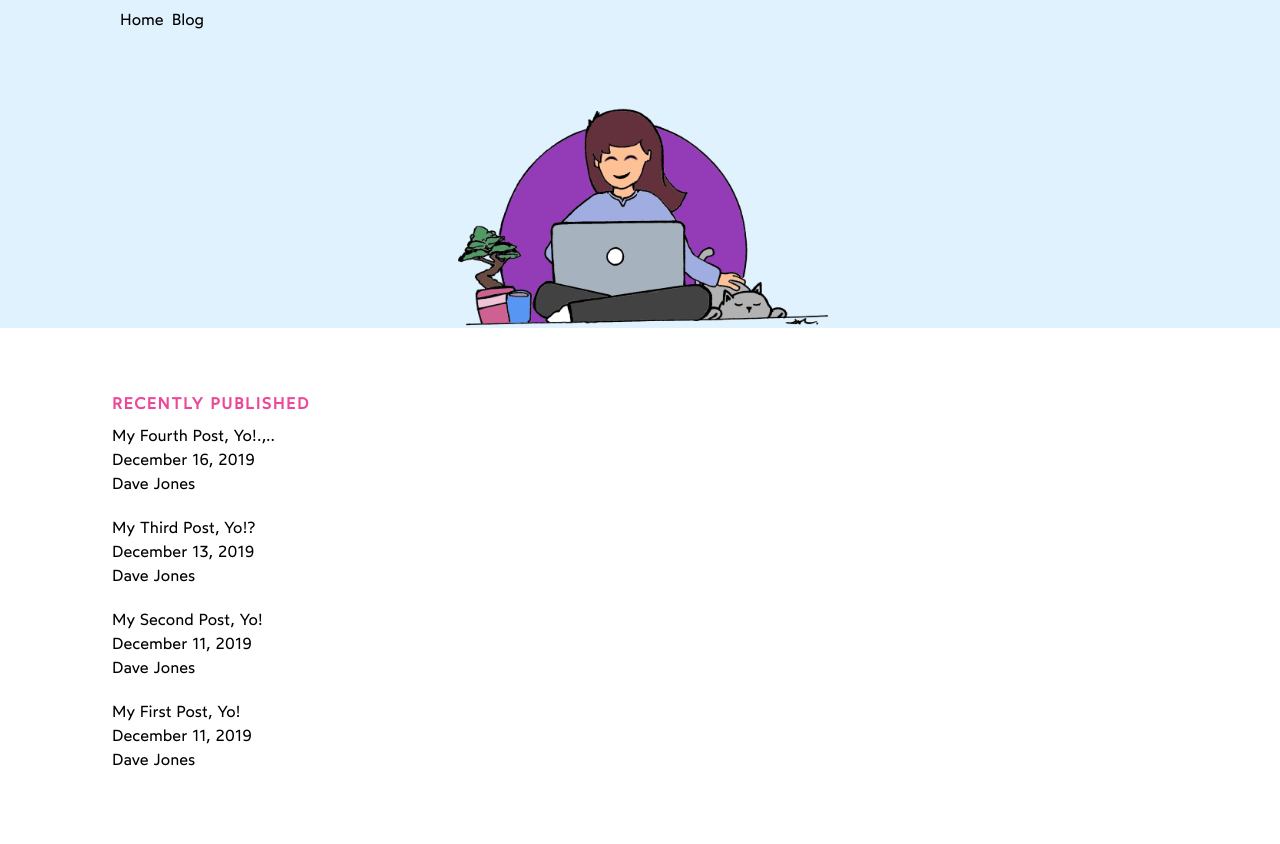
Repository: Risclover/markdown-blog
Page: /
The author's editor kept a copy of each file at every save. The page is drawn from the files as they stood at one save, then again after the next save.
The browser window is 1280 px wide. The pictures show the whole page.
The project was rebuilt for these pictures with package versions that can differ from the ones it lists, and the page was loaded fresh each time.

Above is the page before, as saved 2023-06-28 14:11:25.

### src/index.js
import React from "react";
import ReactDOM from "react-dom/client";
import { BrowserRouter as Router } from "react-router-dom";
import "./fonts/wotfard-cufonfonts-webfont/style.css";

import "./index.css";
import App from "./App";

const root = ReactDOM.createRoot(document.getElementById("root"));
root.render(
  <Router>
    <App />
  </Router>
);

### src/fonts/wotfard-cufonfonts-webfont/style.css
/* #### Generated By: http://www.cufonfonts.com #### */

    @font-face {
    font-family: 'Wotfard Regular';
    font-style: normal;
    font-weight: normal;
    src: local('Wotfard Regular'), url('Wotfard-Regular.woff') format('woff');
    }

### src/index.css
*,
*::before,
*::after {
  box-sizing: border-box;
}
* {
  margin: 0;
}
body {
  line-height: 1.5;
  min-height: 100vh;
  -webkit-font-smoothing: antialiased;
}
img,
picture,
video,
canvas,
svg {
  display: block;
  max-width: 100%;
}
input,
button,
textarea,
select {
  font: inherit;
}
p,
h1,
h2,
h3,
h4,
h5,
h6 {
  overflow-wrap: break-word;
}
#root,
#__next {
  isolation: isolate;
}

### src/App.js
import "./App.css";
import { Route, Routes } from "react-router-dom";
import Home from "./pages/Home";
import NavBar from "./components/NavBar";
import Header from "./components/Header";
import HomeHeader from "./components/HomeHeader";

function App() {
  return (
    <div className="bg-white-100 min-h-screen">
      <Header>
        <NavBar />
        <HomeHeader />
      </Header>
      <div className="m-auto">
        <Routes>
          <Route path="/" element={<Home />} />
        </Routes>
      </div>
    </div>
  );
}

export default App;

### src/pages/Home.js
import React, { useEffect } from "react";
import postList from "../posts.json";
import HomeHeader from "../components/HomeHeader";

export default function Home() {
  console.log(postList);

  postList.sort((a, b) => {
    let aPost = a.timestamp;
    let bPost = b.timestamp;

    return bPost - aPost;
  });

  return (
    <div className="container px-12 py-16 font-sans mx-auto max-w-6xl w-full">
      <h2 className="uppercase text-base font-semibold tracking-widest text-pink-500">
        Recently Published
      </h2>
      <div className="grid grid-cols-1 gap-1 grid-flow-row ">
        {postList.map((post) => (
          <div key={post.id} className="container py-2 bg-white">
            <div className="">{post.title}</div>
            <div>{post.date}</div>
            <div>{post.author}</div>
          </div>
        ))}
      </div>
    </div>
  );
}

### src/components/NavBar.js
import React from "react";

export default function NavBar() {
  return (
    <div className="py-2">
      <ul className="flex">
        <li className="mx-2">Home</li>
        <li>Blog</li>
      </ul>
    </div>
  );
}

### src/components/Header.js
import React from "react";

export default function Header({ children }) {
  return (
    <header className="w-full bg-sky-100 flex flex-col">
      <div className="max-w-6xl px-12 w-full mx-auto">{children}</div>
    </header>
  );
}

### src/components/HomeHeader.js
import React from "react";
import Avatar from "../images/avatar.png";
export default function HomeHeader() {
  return (
    <div className="h-72 flex flex-col justify-end">
      <div>
        <img className="w-96 m-auto" src={Avatar} />
      </div>
    </div>
  );
}

### src/posts.json
[{"id":4,"title":"My Third Post, Yo!?","subtitle":"No subtitle given","description":"No description given","author":"Dave Jones","date":"December 13, 2019","timestamp":1576224000,"content":"\nWelcome to My Blog. _It's a beautiful thing._ I hope you'll have as much fun reading my posts as I have writing them. Well, before we go any further, allow me to introduce myself. I'm Dave Jones. I'm 34, and from Montreal, Canada.\n"},{"id":3,"title":"My Second Post, Yo!","subtitle":"No subtitle given","description":"No description given","author":"Dave Jones","date":"December 11, 2019","timestamp":1576051200,"content":"\nWelcome to My Blog. _It's a beautiful thing._ I hope you'll have as much fun reading my posts as I have writing them. Well, before we go any further, allow me to introduce myself. I'm Dave Jones. I'm 34, and from Montreal, Canada.\n"},{"id":2,"title":"My Fourth Post, Yo!.,..","subtitle":"No subtitle given","description":"No description given","author":"Dave Jones","date":"December 16, 2019","timestamp":1576483200,"content":"\nWelcome to My Blog. _It's a beautiful thing._ I hope you'll have as much fun reading my posts as I have writing them. Well, before we go any further, allow me to introduce myself. I'm Dave Jones. I'm 34, and from Montreal, Canada.\n"},{"id":1,"title":"My First Post, Yo!","subtitle":"This is a subtitle.","description":"Happy Pride month! In this tutorial, I'll share a handful of my favourite animation tricks. You'll learn how to build an animated wavy pride flag using CSS keyframes and linear gradients. We'll also see how to make it dynamic using React. 🏳️‍🌈","author":"Dave Jones","date":"December 11, 2019","timestamp":1576051200,"content":"\nWelcome to My Blog. _It's a beautiful thing._ I hope you'll have as much fun reading my posts as I have writing them. Well, before we go any further, allow me to introduce myself. I'm Dave Jones. I'm 34, and from Montreal, Canada.\n"}]

### tailwind.config.js
/** @type {import('tailwindcss').Config} */
module.exports = {
  content: [
    "./app/**/*.{js,ts,jsx,tsx,mdx}",
    "./pages/**/*.{js,ts,jsx,tsx,mdx}",
    "./components/**/*.{js,ts,jsx,tsx,mdx}",

    // Or if using `src` directory:
    "./src/**/*.{js,ts,jsx,tsx,mdx}",
  ],
  theme: {
    fontFamily: {
      sans: ["Wotfard Regular", "sans-serif"],
    },
    extend: {},
  },
  plugins: [],
};

Loaded but not shown: public/index.html (common file); src/App.css (common file)

After the next save:
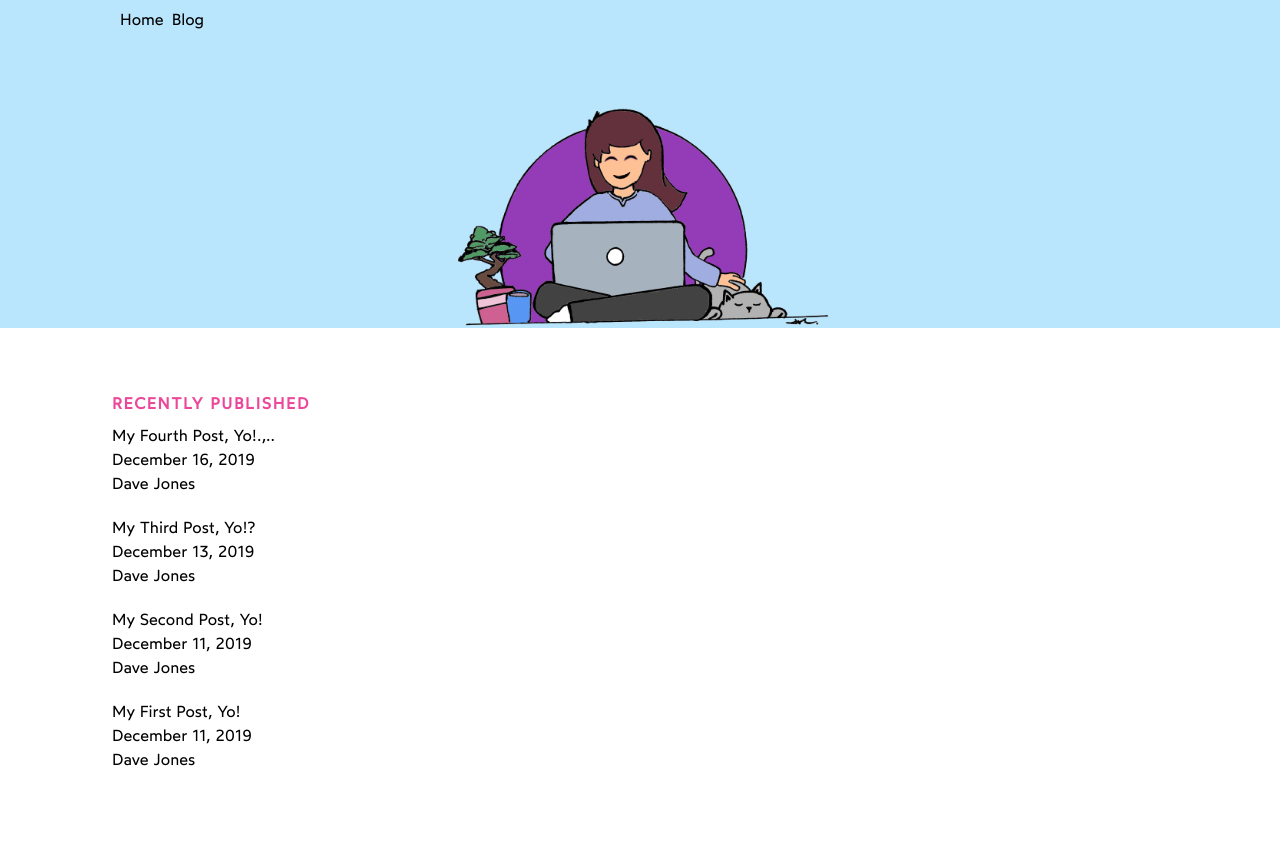
Saved 8 s later.
--- a/src/components/Header.js
+++ b/src/components/Header.js
@@ -2,7 +2,7 @@
 
 export default function Header({ children }) {
   return (
-    <header className="w-full bg-sky-100 flex flex-col">
+    <header className="w-full bg-sky-200 flex flex-col">
       <div className="max-w-6xl px-12 w-full mx-auto">{children}</div>
     </header>
   );

After the save that followed:
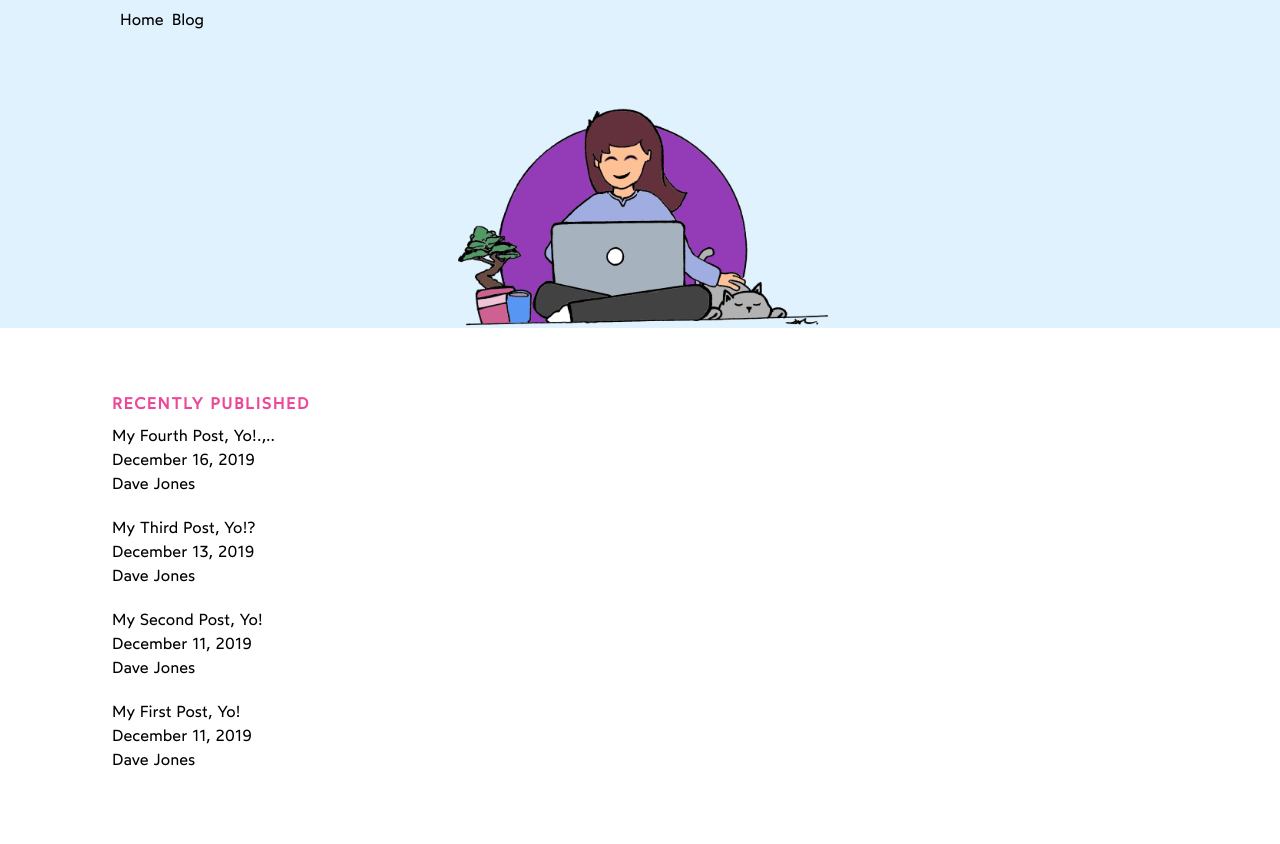
Saved 13 s later.
--- a/src/components/Header.js
+++ b/src/components/Header.js
@@ -2,7 +2,7 @@
 
 export default function Header({ children }) {
   return (
-    <header className="w-full bg-sky-200 flex flex-col">
+    <header className="w-full bg-sky-100 flex flex-col">
       <div className="max-w-6xl px-12 w-full mx-auto">{children}</div>
     </header>
   );
